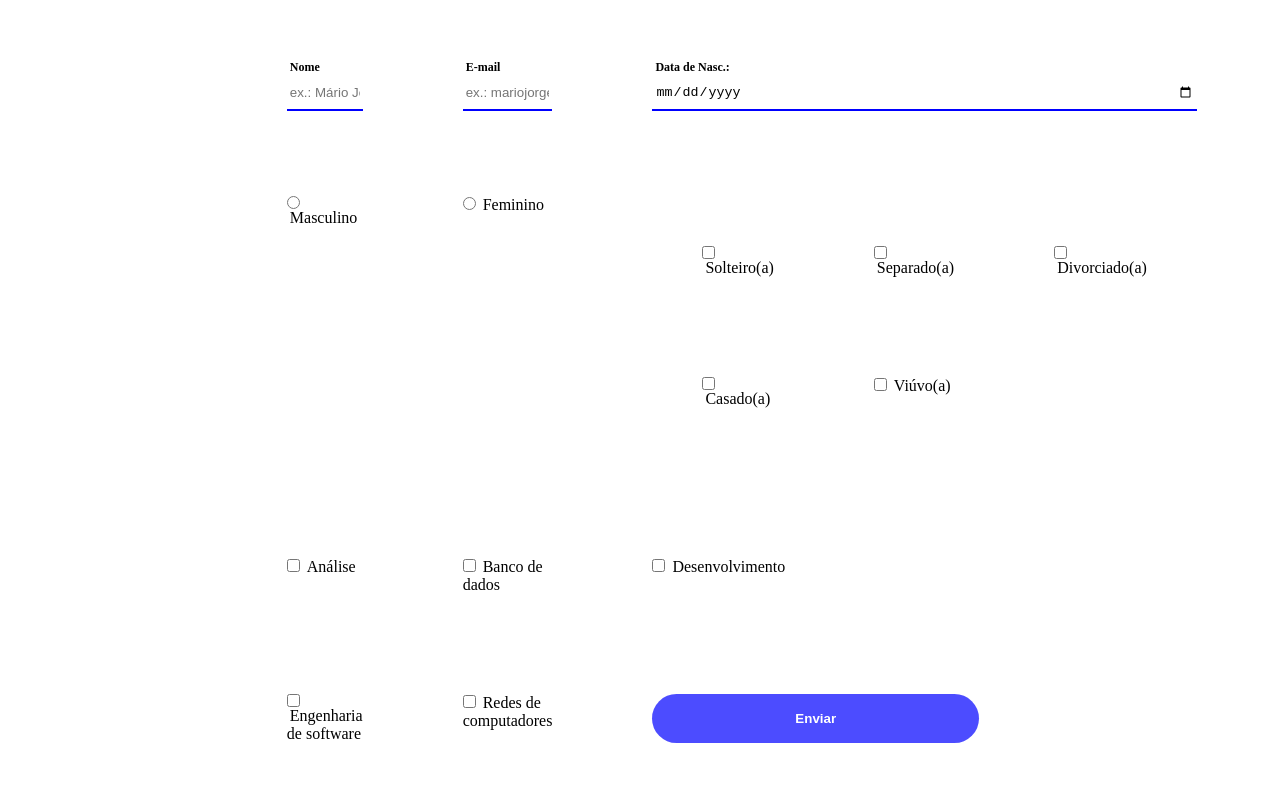
Repository: mjRibeiroTriscal/UVA_Projects
Page: Proj_A1_AVA2_2020_1/index.html
These files come from the project's save history. The page is drawn as it stood at one moment and after the next save; the edit follows.
The browser window is 1280 px wide. The pictures show the whole page.

Above is the page before, as saved 2020-03-13 11:53:06.

### Proj_A1_AVA2_2020_1/index.html
<!--
*   @project     A1_AVA2_UVA_2020_1
*   @author      Mário Jorge (mariojgmaster@yahoo.com.br)
*   @Git         MJRibeiroTriscal (https://github.com/mjRibeiroTriscal)
-->

<html>

<head>
    <meta charset="UTF-8">
    <title>Tell Me About You</title>
    <!-- <link rel="icon" href="./favicon.png" sizes="16x16 32x32" type="image/png"> -->
    <script src="./script.js"></script>
    <link rel="stylesheet" href="./style.css" />
</head>

<body>
    <div id="container">

        <header>

        </header>

        <section>

            <form class="gridContainer" name="formUva" action="http://google.co">

                <div class="gridItem">
                    <label for="nome" class="labelFirst">Nome</label>
                    <input id="nome" type="text" name="nome" placeholder="ex.: Mário Jorge" />
                </div>
                <div class="gridItem">
                    <label for="email" class="labelFirst">E-mail</label>
                    <input id="email" type="text" name="email" placeholder="ex.: mariojorge@teste.com" />
                </div>

                <div class="gridItem">
                    <label for="dataNasc" class="labelFirst">Data de Nasc.:</label>
                    <input id="dataNasc" type="date" name="dataNasc" />
                </div>

                <div class="gridItem">
                    <input id="masc" type="radio" name="masc" />
                    <label for="masc">Masculino</label>
                </div>
                <div class="gridItem">
                    <input id="fem" type="radio" name="fem" />
                    <label for="fem">Feminino</label>
                </div>

                <div class="gridItem gridContainer">
                    <div class="gridItem">
                        <input id="solteiro" type="checkbox" name="estCivil" />
                        <label for="solteiro">Solteiro(a)</label>
                    </div>
                    <div class="gridItem">
                        <input id="separado" type="checkbox" name="estCivil" />
                        <label for="separado">Separado(a)</label>
                    </div>
                    <div class="gridItem">
                        <input id="divorciado" type="checkbox" name="estCivil" />
                        <label for="divorciado">Divorciado(a)</label>
                    </div>
                    <div class="gridItem">
                        <input id="casado" type="checkbox" name="estCivil" />
                        <label for="casado">Casado(a)</label>
                    </div>
                    <div class="gridItem">
                        <input id="viuvo" type="checkbox" name="estCivil" />
                        <label for="viuvo">Viúvo(a)</label>
                    </div>
                </div>

                <div class="gridItem">
                    <input id="analise" type="checkbox" name="analise" />
                    <label for="analise">Análise</label>
                </div>
                <div class="gridItem">
                    <input id="bancoDados" type="checkbox" name="bancoDados" />
                    <label for="bancoDados">Banco de dados</label>
                </div>
                <div class="gridItem">
                    <input id="desenvolvimento" type="checkbox" name="desenvolvimento" />
                    <label for="desenvolvimento">Desenvolvimento</label>
                </div>
                <div class="gridItem">
                    <input id="engenhariaSoftware" type="checkbox" name="engenhariaSoftware" />
                    <label for="engenhariaSoftware">Engenharia de software</label>
                </div>
                <div class="gridItem">
                    <input id="redesComputadores" type="checkbox" name="redesComputadores" />
                    <label for="redesComputadores">Redes de computadores</label>
                </div>

                <div class="gridItem itemFlex">
                    <input type="submit" value="Enviar">
                </div>

            </form>

        </section>

        <footer>

        </footer>

</body>

</html>

### Proj_A1_AVA2_2020_1/script.js
/*
 *   @project     A1_AVA2_UVA_2020_1
 *   @author      Mário Jorge (mariojgmaster@yahoo.com.br)
 *   @Git         MJRibeiroTriscal (https://github.com/mjRibeiroTriscal)
 */

### Proj_A1_AVA2_2020_1/style.css
/*
 *   @project     A1_AVA2_UVA_2020_1
 *   @author      Mário Jorge (mariojgmaster@yahoo.com.br)
 *   @Git         MJRibeiroTriscal (https://github.com/mjRibeiroTriscal)
 */

* {
    margin: 0px;
    padding: 0px;
}

#container {
    padding: 10px;
    display: flex;
    align-items: center;
    justify-content: center;
}

section {
    width: 80%;
    display: flex;
    align-items: center;
    justify-content: center;
}

section form.gridContainer {
    width: 80%;
}

label.labelFirst {
    font-size: 12px;
    font-weight: bold;
}

label {
    margin-left: 3px;
}

input {
    border: none;
    outline: none;
    box-shadow: 0;
}

input[type=text],
input[type=date] {
    width: 100%;
    height: 100%;
    padding: 1px 3px;
    border-bottom: 2px solid Blue;
}

input[type=submit] {
    width: 60%;
    height: 100%;
    padding: 5px;
    color: #FFF;
    font-weight: bold;
    background-color: rgba(0, 0, 255, 0.7);
    border-radius: 50px;
}

input[type=submit]:active {
    background-color: rgba(0, 0, 255, 0.9);
}

.gridContainer {
    display: grid;
    /* border: 1px solid red; */
    grid-template-columns: auto auto auto;
}

.gridItem {
    padding: 50px;
}

After the next save:
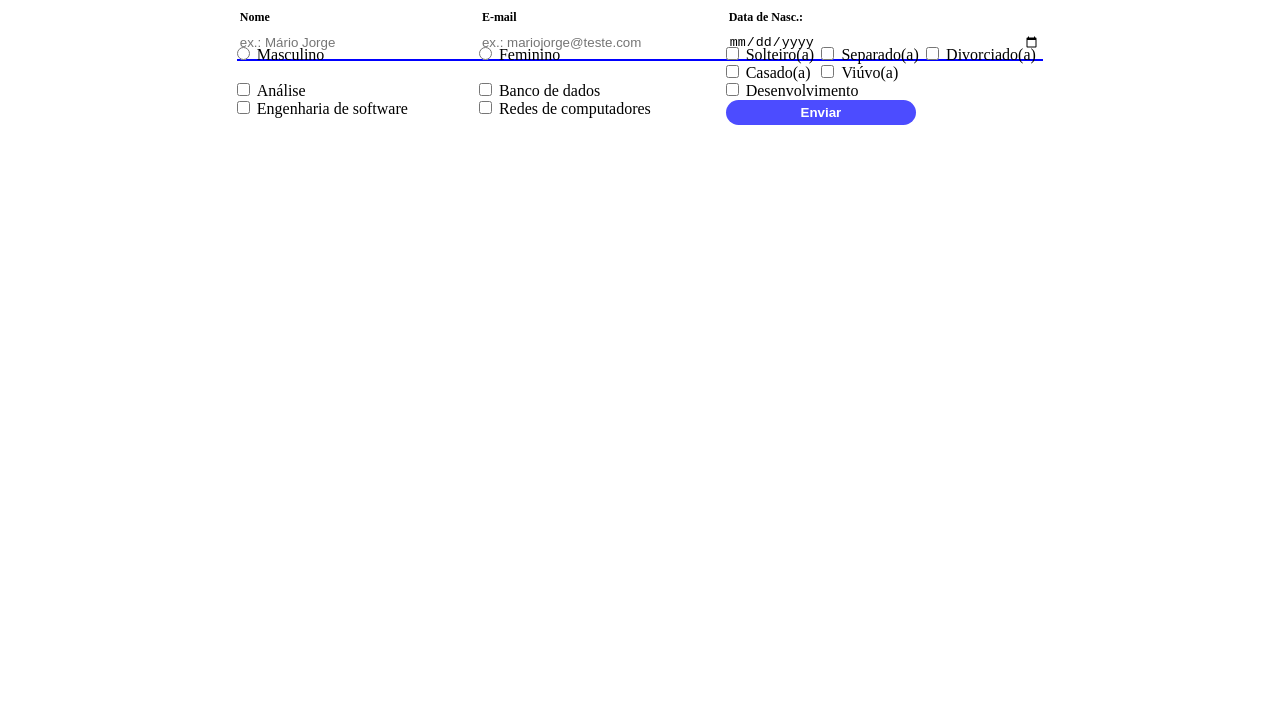
Saved 8 s later.
--- a/Proj_A1_AVA2_2020_1/style.css
+++ b/Proj_A1_AVA2_2020_1/style.css
@@ -71,5 +71,5 @@ input[type=submit]:active {
 }
 
 .gridItem {
-    padding: 50px;
+    padding: 0px;
 }
